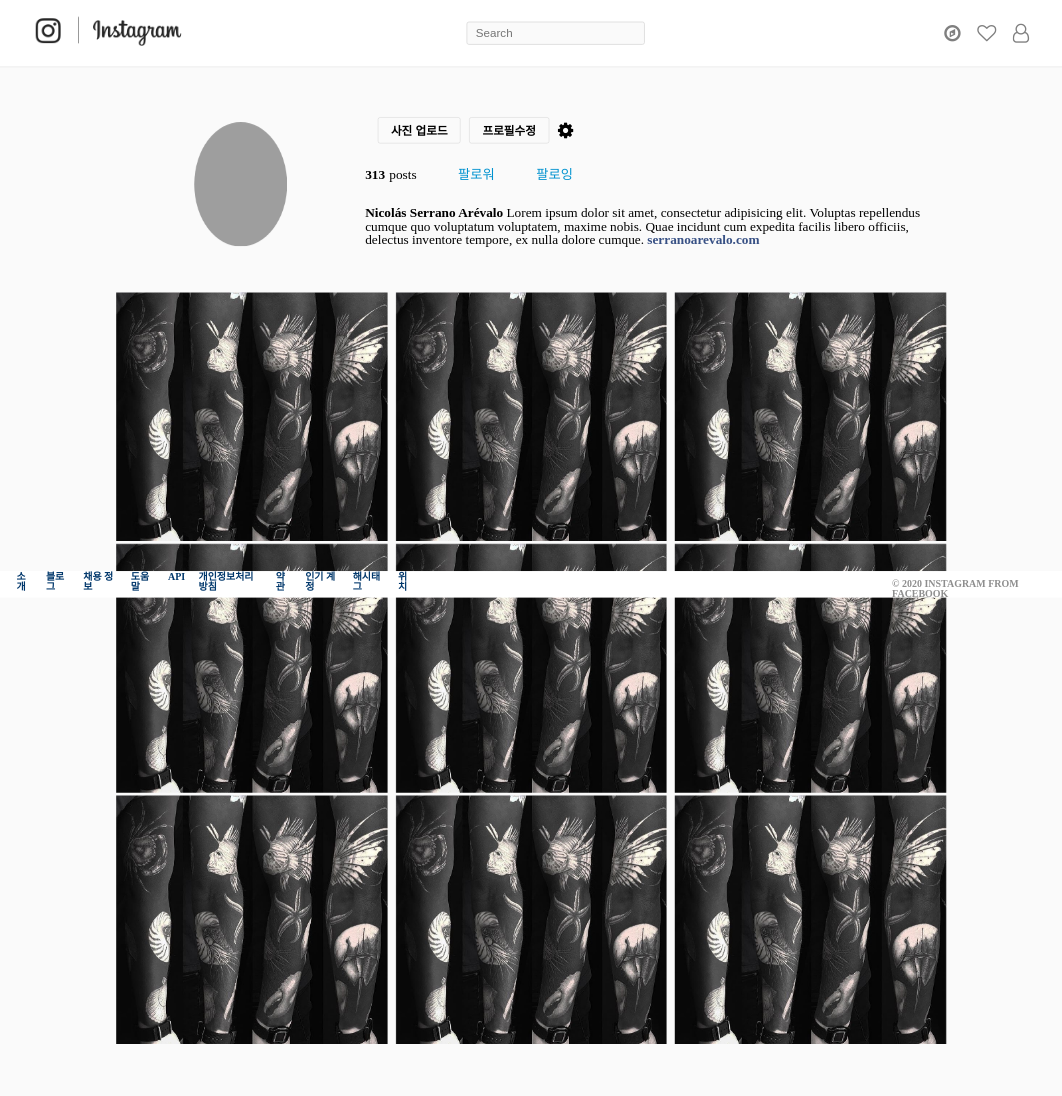
Repository: Bokseunghyun/boot_workspace
Page: http://localhost/instagram_project/WEB-INF/views/user/profile.jsp
An editor plug-in stored every save of this project. The page is shown before and after the next save, followed by the edit.
The browser window is 1280 px wide. The pictures show the whole page, at 83% of full size.
Pictures or frames that could not be fetched are drawn as grey boxes. Some web libraries are served in a nearby version. The page is served by Tomcat 9. Nobody is signed in. Other server files are loaded and not shown. The template is opened directly, without the code that normally fills it, so the values that code supplies are empty.

Above is the page before, as saved 2021-02-19 04:20:13.
Console error: SyntaxError: Unexpected token ';'

### instagram_project/src/main/webapp/WEB-INF/views/user/profile.jsp
<%@ page language="java" contentType="text/html; charset=UTF-8"
    pageEncoding="UTF-8"%>
<%@ taglib prefix="c"  uri="http://java.sun.com/jsp/jstl/core"%>
<%@ taglib prefix="sec" uri="http://www.springframework.org/security/tags"%>
<!DOCTYPE html>
<html lang="en">

<head>
  <meta charset="UTF-8">
  <meta name="viewport" content="width=device-width, initial-scale=1.0">
  <meta http-equiv="X-UA-Compatible" content="ie=edge">
  <title>insta Profile</title>
  <link href="https://maxcdn.bootstrapcdn.com/font-awesome/4.7.0/css/font-awesome.min.css" rel="stylesheet">
  <link rel="shortcut icon" href="/images/favicon.ico">
  <link rel="stylesheet" href="/css/styles.css">
  <link rel="stylesheet" href="/css/modal.css">

</head>
<body>
 <%@ include file="../include/nav.jsp"%>

  <main id="profile">

    <header class="profile__header">
      <div class="avatar__container">

          <form id="frm_profile_img" action="/user/profileUpload" method="post" enctype="multipart/form-data">
            <input type="file" name="profileImage" id = "profileImage" style="display: none;"/>
          </form>
          <img src="/upload/${user.profileImage}" id="profile_image" onerror="this.onerror=null; this.src='/images/avatar.jpg'"style="cursor:pointer" />
      </div>
      <div class="profile__info">
        <div class="profile__title">
          <h1>${user.username}</h1>

          <c:if test="${principalId.vo.id ne user.id}">
          	<div id="follow_check">
          <c:choose>
			<c:when test="${followCheck eq  1}">
				<button onClick="follow(false, ${user.id})" class="profile_edit_btn">팔로잉</button>
			</c:when>
			<c:otherwise>
				<button onClick="follow(true, ${user.id})" class="profile_follow_btn">팔로우</button>
			</c:otherwise>
		</c:choose>

			</div>
          </c:if>

          <c:if test="${principalId.vo.id eq user.id}">
          <a href="/image/upload">
            <button class="profile_edit_btn">사진 업로드</button>
          </a>
          <a href="../edit-profile">
            <button class="profile_edit_btn">프로필수정</button>
          </a>
          </c:if>

          <i class="fa fa-cog fa-lg"></i>
        </div>

        <ul class="profile__stats">
          <li class="profile__stat">
            <span class="profile__stat-number">313</span> posts
          </li>
          <li class="profile__stat">
            <span class="profile__stat-number">${followerCount}</span><a href="/follow/follower/${user.id}">팔로워</a>
          </li>
          <li class="profile__stat">
            <span class="profile__stat-number">${followCount}</span><a href="/follow/follow/${user.id}">팔로잉</a>
          </li>
        </ul>
        <p class="profile__bio">
          <span class="profile__fullname">Nicolás Serrano Arévalo</span>
          Lorem ipsum dolor sit amet, consectetur adipisicing elit.
          Voluptas repellendus cumque quo voluptatum voluptatem,
          maxime nobis. Quae incidunt cum expedita facilis libero officiis,
          delectus inventore tempore, ex nulla dolore cumque.
          <a href="http://serranoarevalo.com" class="profile__link">serranoarevalo.com</a>
        </p>
      </div>
    </header>
    <div class="profile__photo-grid">
      <div class="profile__photo-row">
        <div class="profile__photo">
          <a href="image-detail.html">
            <img src="/images/feedPhoto.jpg">
            <div class="profile__photo-overlay">
              <span class="profile__photo-stat">
                <i class="fa fa-heart"></i> 504
              </span>
              <span class="profile__photo-stat">
                <i class="fa fa-comment"></i> 22
              </span>
            </div>
          </a>
        </div>
        <div class="profile__photo">
          <a href="image-detail.html">
            <img src="/images/feedPhoto.jpg">
            <div class="profile__photo-overlay">
              <span class="profile__photo-stat">
                <i class="fa fa-heart"></i> 504
              </span>
              <span class="profile__photo-stat">
                <i class="fa fa-comment"></i> 22
              </span>
            </div>
          </a>
        </div>
        <div class="profile__photo">
          <a href="image-detail.html">
            <img src="/images/feedPhoto.jpg">
            <div class="profile__photo-overlay">
              <span class="profile__photo-stat">
                <i class="fa fa-heart"></i> 504
              </span>
              <span class="profile__photo-stat">
                <i class="fa fa-comment"></i> 22
              </span>
            </div>
          </a>
        </div>
      </div>
      <div class="profile__photo-row">
        <div class="profile__photo">
          <a href="image-detail.html">
            <img src="/images/feedPhoto.jpg">
            <div class="profile__photo-overlay">
              <span class="profile__photo-stat">
                <i class="fa fa-heart"></i> 504
              </span>
              <span class="profile__photo-stat">
                <i class="fa fa-comment"></i> 22
              </span>
            </div>
          </a>
        </div>
        <div class="profile__photo">
          <a href="image-detail.html">
            <img src="/images/feedPhoto.jpg">
            <div class="profile__photo-overlay">
              <span class="profile__photo-stat">
                <i class="fa fa-heart"></i> 504
              </span>
              <span class="profile__photo-stat">
                <i class="fa fa-comment"></i> 22
              </span>
            </div>
          </a>
        </div>
        <div class="profile__photo">
          <a href="image-detail.html">
            <img src="/images/feedPhoto.jpg">
            <div class="profile__photo-overlay">
              <span class="profile__photo-stat">
                <i class="fa fa-heart"></i> 504
              </span>
              <span class="profile__photo-stat">
                <i class="fa fa-comment"></i> 22
              </span>
            </div>
          </a>
        </div>
      </div>
      <div class="profile__photo-row">
        <div class="profile__photo">
          <a href="image-detail.html">
            <img src="/images/feedPhoto.jpg">
            <div class="profile__photo-overlay">
              <span class="profile__photo-stat">
                <i class="fa fa-heart"></i> 504
              </span>
              <span class="profile__photo-stat">
                <i class="fa fa-comment"></i> 22
              </span>
            </div>
          </a>
        </div>
        <div class="profile__photo">
          <a href="image-detail.html">
            <img src="/images/feedPhoto.jpg">
            <div class="profile__photo-overlay">
              <span class="profile__photo-stat">
                <i class="fa fa-heart"></i> 504
              </span>
              <span class="profile__photo-stat">
                <i class="fa fa-comment"></i> 22
              </span>
            </div>
          </a>
        </div>
        <div class="profile__photo">
          <a href="image-detail.html">
            <img src="/images/feedPhoto.jpg">
            <div class="profile__photo-overlay">
              <span class="profile__photo-stat">
                <i class="fa fa-heart"></i> 504
              </span>
              <span class="profile__photo-stat">
                <i class="fa fa-comment"></i> 22
              </span>
            </div>
          </a>
        </div>
      </div>
    </div>
  </main>

<%@include file="../include/footer.jsp"%>
  <script src="https://code.jquery.com/jquery-3.2.1.min.js"></script>
  <script src="/js/app.js"></script>

  <script>
  	var userId = ${user.id};
  	var principalId = ${principalId.vo.id};
  	$(function() {
		//이미지 클릭시 업로드창 실행
		$('#profile_image').click(function() {
			if(userId === principalId){
				$("input[name='profileImage']").click();
			}
		})
		//이미지 변경
		$("input[name='profileImage']").change(function() {

			$("#frm_profile_img").submit();
		})
	})


	function follow(check, userId){
	// true -> follow 하기
	// false -> unFollow 하기
	var url = "/follow/${user.id}";
	if(check){
		fetch(url,{
			method: "POST"
	    }).then(function(res){
			return res.text();
		}).then(function(res){
			if(res === "ok"){
				let follow_check_el = document.querySelector("#follow_check");
				follow_check_el.innerHTML = "<button onClick='follow(false, "+userId+")' class='profile_edit_btn'>팔로잉</button>";
			}
		});
	}else{
		fetch(url,{
			method: "DELETE"
	    }).then(function(res){
			return res.text();
		}).then(function(res){
			if(res === "ok"){
				let follow_check_el = document.querySelector("#follow_check");
				follow_check_el.innerHTML = "<button onClick='follow(true, "+userId+")' class='profile_follow_btn'>팔로우</button>";
			}
		});
	}
}
    </script>
</body>

</html>

### instagram_project/src/main/webapp/WEB-INF/views/include/nav.jsp
<%@ page language="java" contentType="text/html; charset=UTF-8"
    pageEncoding="UTF-8"%>

<%@ taglib uri = "http://java.sun.com/jsp/jstl/core" prefix = "c" %>
<%@ taglib prefix="form" uri="http://www.springframework.org/tags/form" %>
<%@ taglib prefix="sec" uri="http://www.springframework.org/security/tags"%>

<sec:authorize access="isAuthenticated()">
    <sec:authentication property="principal" var="principalId" />
</sec:authorize>
  <nav class="navigation">
    <a href="/feed">
      <img src="/images/logo.png" />
    </a>
    <input type="text" placeholder="Search">
    <div class="navigation__links">
      <a href="/explore/" class="navigation__link">
          <i class="fa fa-compass"></i>
      </a>
      <a href="#" class="navigation__link follow_popup">
          <i class="fa fa-heart-o"></i>
      </a>
      <a href="/user/profile/${principalId.vo.id}" class="navigation__link">
          <i class="fa fa-user-o"></i>
      </a>
    </div>
  </nav>

  <!-- Modal 시작 -->
<div id="modal">
  <div id="follow_popup_list">

    <div class="follow_popup_item">

    </div>

    <div class="follow_popup_close">
      <button type="button">닫기</button>
    </div>
  </div>

</div>
<!-- Modal 끝 -->

### instagram_project/src/main/webapp/WEB-INF/views/include/footer.jsp
<%@ page language="java" contentType="text/html; charset=UTF-8"
    pageEncoding="UTF-8"%>
<!DOCTYPE html>
<html>
<head>
<meta charset="UTF-8">
<title>Insert title here</title>
</head>
<link rel="stylesheet" href=/css/footer.css>
<body>


<div class="footer">
        <nav>
            <ul>
                <li>소개</li>
                <li>블로그</li>
                <li>채용 정보</li>
                <li>도움말</li>
                <li>API</li>
                <li>개인정보처리방침</li>
                <li>약관</li>
                <li>인기 계정</li>
                <li>해시태그</li>
                <li>위치</li>
            </ul>
        </nav>
        <div class="copyright">© 2020 INSTAGRAM FROM FACEBOOK</div>
    </div>
</body>
</html>

### instagram_project/src/main/resources/static/css/styles.css
@import url('https://fonts.googleapis.com/css?family=Open+Sans:400,600');
@import 'reset.css';
@import 'globals.css';
@import 'login.css';
@import 'footer.css';
@import 'navigation.css';
@import 'explore.css';
@import 'feed.css';
@import 'profile.css';
@import 'edit-profile.css';
@import 'iphone.css';

### instagram_project/src/main/resources/static/css/modal.css
#modal {
	display: none;
}

#modal.active {
	display: block;
	width: 100%;
	height: 100%;
	position: fixed;
	left: 0;
	top: 0;
	background: rgba(0,0,0, 0.6);
	z-index: 999;
}

#like_popup_list {
	background: #FFF;
	padding: 20px;
	position: fixed;
	width: 400px;
	left: 10%;
	right: 10%;
	margin: 0 auto;
	top: 30%;
	overflow-y: scroll;
	height: 400px;
}

.like_popup_items {
	display: grid;
	align-items: center;
	justify-content: flex-start;
	grid-gap: 15px;
	border-bottom: 1px dashed #999;
	padding-top: 10px;
	padding-bottom: 10px;
}

.like_popup_items img {
	width: 40px;
	height: 40px;
	border-radius: 50%;
	cursor: pointer;
}

.like_popup_items p {
	display: inline-block;
	cursor: pointer;
}

.like_popup_close {
	margin-top: 20px;
	text-align: center;
}

.like_popup_close button {
	height: 30px;
	width: 80px;
	background-color: #3c88de;
	color: white;
	border-radius: 5px;
	border: 0px;
	font-weight: 600;
}

### instagram_project/src/main/resources/static/css/footer.css
@charset "UTF-8";


.footer {
   position: fixed;
	background-color: white;
	left: 0;
	right: 0;
	bottom: 0;
	height: 2rem;
	display: flex;
	align-items: center;
}


.footer ul {
    display: flex;
    list-style: none;
    padding-left: 20px;
}


.footer li {
    font-size: 12px;
    color: #00376b;
    font-weight: 600;
    margin: 0px 16px 7px 0px;
}

.footer .copyright {
    height: 15px;
    font-size: 12px;
    font-weight: 800;
    color: #8e8e8e;
    padding-left: 560px;

}

### instagram_project/src/main/resources/static/css/globals.css
body {
  background: #fafafa;

  font-size: 14px;
}

a {
  text-decoration: none;
}

main {
  margin: 60px 0;
  animation: .5s popIn ease-out;
}

@keyframes popIn {
  from {
    opacity: 0;
    transform: translateY(10px);
  }
  to {
    opacity: 1;
    transform: none;
  }
}

.u-default-box {
  width: 100%;
  max-width: 600px;
  background: white;
  border: 1px solid rgba(0, 0, 0, .0975);
  border-radius: 3px;
}

### instagram_project/src/main/resources/static/css/navigation.css
.navigation {
  background: white;
  border-bottom: 1px solid rgba(0, 0, 0, .0975);
  height: 80px;
  display: flex;
  align-items: center;
  justify-content: space-between;
  padding: 0 40px;
}

.navigation input {
  width: 215px;
  box-sizing: border-box;
  padding: 5px 10px;
  border: 0;
  border: solid 1px #dbdbdb;
  border-radius: 3px;
  background: #fafafa;
  font-size: 14px;
}

.navigation input:focus {
  outline: none;
  background: white;
}

.navigation .navigation__links {
  display: flex;
  justify-content: flex-end;
}

.navigation__links .navigation__link {
  font-size: 23px;
  color: rgba(0, 0, 0, 0.5);
  text-align: right;
  margin-left: 20px;
  animation: .5s drop ease-out forwards;
  opacity: 0;
}

.navigation__links .navigation__link:nth-child(2) {
  animation-delay: .5s;
}

.navigation__links .navigation__link:last-child {
  animation-delay: 1s;
}

@keyframes drop {
  from {
    transform: translateY(-10px);
  }
  to {
    opacity: 1;
    transform: none;
  }
}

### instagram_project/src/main/resources/static/css/explore.css
#explore {
  display: flex;
  justify-content: center;
}

.explore__users {
}

.explore__users .explore__user {
  padding: 10px 15px;
  box-sizing: border-box;
  display: flex;
  align-items: center;
  justify-content: space-between;
  border-bottom: 1px solid rgba(0, 0, 0, .0975);
}

.explore__users .explore__user:last-child {
  border: 0;
}

.explore__user .explore__content {
  display: flex;
  align-items: center;
}

.explore__user .explore__content img {
  width: 56px;
  height: 56px;
  border-radius: 50%;
  margin-right: 15px;
  transform-style: preserve-3d;
  animation: 6s potato infinite ease-in-out;
}

@keyframes horse {
  to {
    transform: none;
  }
  from {
    transform: rotateY(360deg);
  }
}

@keyframes potato {
  0% {
    transform: none;
  }
  50% {
    transform: rotateY(180deg);
  }
  100% {
    transform: none;
  }
}

.explore__info .explore__username {
  display: block;
  font-weight: 600;
  margin-bottom: 7px;
}

.explore__info .explore__full-name {
  color: #999;
}

.explore__user button {
  border: 1px solid #3897f0;
  border-radius: 3px;
  color: white;
  font-weight: 600;
  background: #3897f0;
  padding: 5px 10px;
  font-size: 14px;
  cursor: pointer;
  transition: all .5s ease-in-out;
}

.explore__user button:hover {
  background: white;
  color: #3897f0;
}

.explore__user button:focus {
  outline: none;
}

.explore__user button:active {
  opacity: 0.5;
}

### instagram_project/src/main/resources/static/css/edit-profile.css
#edit-profile {
  display: flex;
  justify-content: center;
}

.edit-profile__container {
  padding: 35px;
  box-sizing: border-box;
}

.edit-profile__header {
  display: grid;
  grid-template-columns: 20% 80%;
  align-items: center;
}

.edit-profile__header img {
  width: 60px;
  height: 60px;
  border-radius: 50%;
}

.edit-profile__form {
  margin-top: 10px;
}


.edit-profile__row {
  display: grid;
  grid-template-columns: 20% 80%;
  padding: 6px 0;
  justify-content: space-between;
}

### instagram_project/src/main/resources/static/css/iphone.css
@media screen and (min-width: 320px) and (max-width: 670px) {
  main {
    margin-top: 0;
  }

  .navigation input {
    display: none;
  }

  .photo .photo__add-comment-container {
    display: none;
  }

  .u-default-box {
    background-color: transparent;
    border: none;
  }

  footer {
    justify-content: center;
  }

  footer .footer__list {
    flex-wrap: wrap;
    justify-content: center;
    margin-bottom: 10px;
  }
  .footer__list .footer__item {
    margin-bottom: 10px;
  }

  .photo {
    margin-bottom: 30px;
  }
}

Loaded but not shown: instagram_project/src/main/resources/static/css/reset.css (common file); instagram_project/src/main/resources/static/js/app.js (27 lines, source omitted); instagram_project/src/main/resources/static/css/profile.css (267 lines, source omitted); instagram_project/src/main/resources/static/css/login.css (147 lines, source omitted); instagram_project/src/main/resources/static/css/feed.css (123 lines, source omitted)

After the next save:
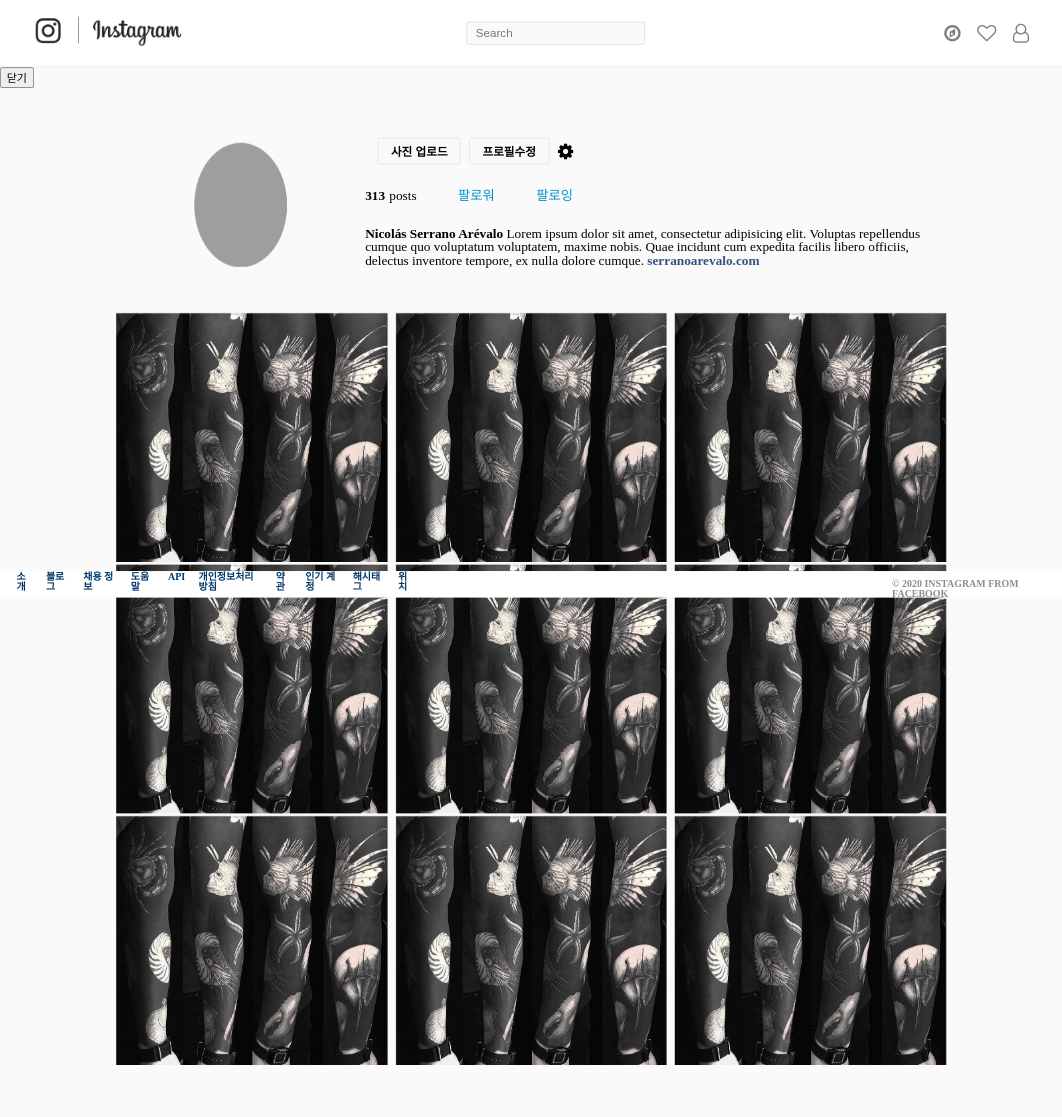
Saved 28 min 43 s later.
--- a/instagram_project/src/main/webapp/WEB-INF/views/user/profile.jsp
+++ b/instagram_project/src/main/webapp/WEB-INF/views/user/profile.jsp
@@ -13,7 +13,6 @@
   <link href="https://maxcdn.bootstrapcdn.com/font-awesome/4.7.0/css/font-awesome.min.css" rel="stylesheet">
   <link rel="shortcut icon" href="/images/favicon.ico">
   <link rel="stylesheet" href="/css/styles.css">
-  <link rel="stylesheet" href="/css/modal.css">
 
 </head>
 <body>

After the save that followed:
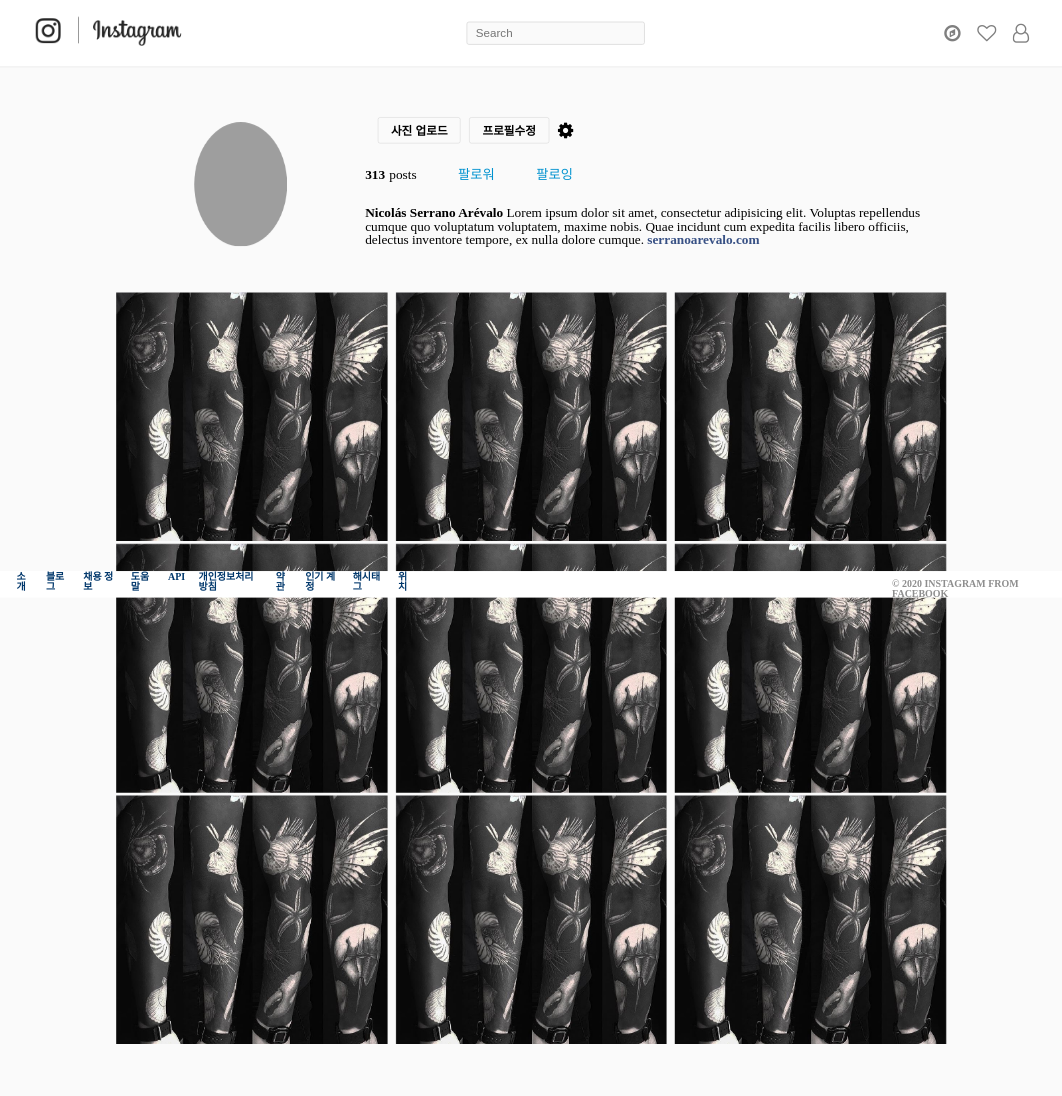
Saved 12 s later.
--- a/instagram_project/src/main/webapp/WEB-INF/views/user/profile.jsp
+++ b/instagram_project/src/main/webapp/WEB-INF/views/user/profile.jsp
@@ -13,6 +13,7 @@
   <link href="https://maxcdn.bootstrapcdn.com/font-awesome/4.7.0/css/font-awesome.min.css" rel="stylesheet">
   <link rel="shortcut icon" href="/images/favicon.ico">
   <link rel="stylesheet" href="/css/styles.css">
+  <link rel="stylesheet" href="/css/modal.css">
 
 </head>
 <body>
